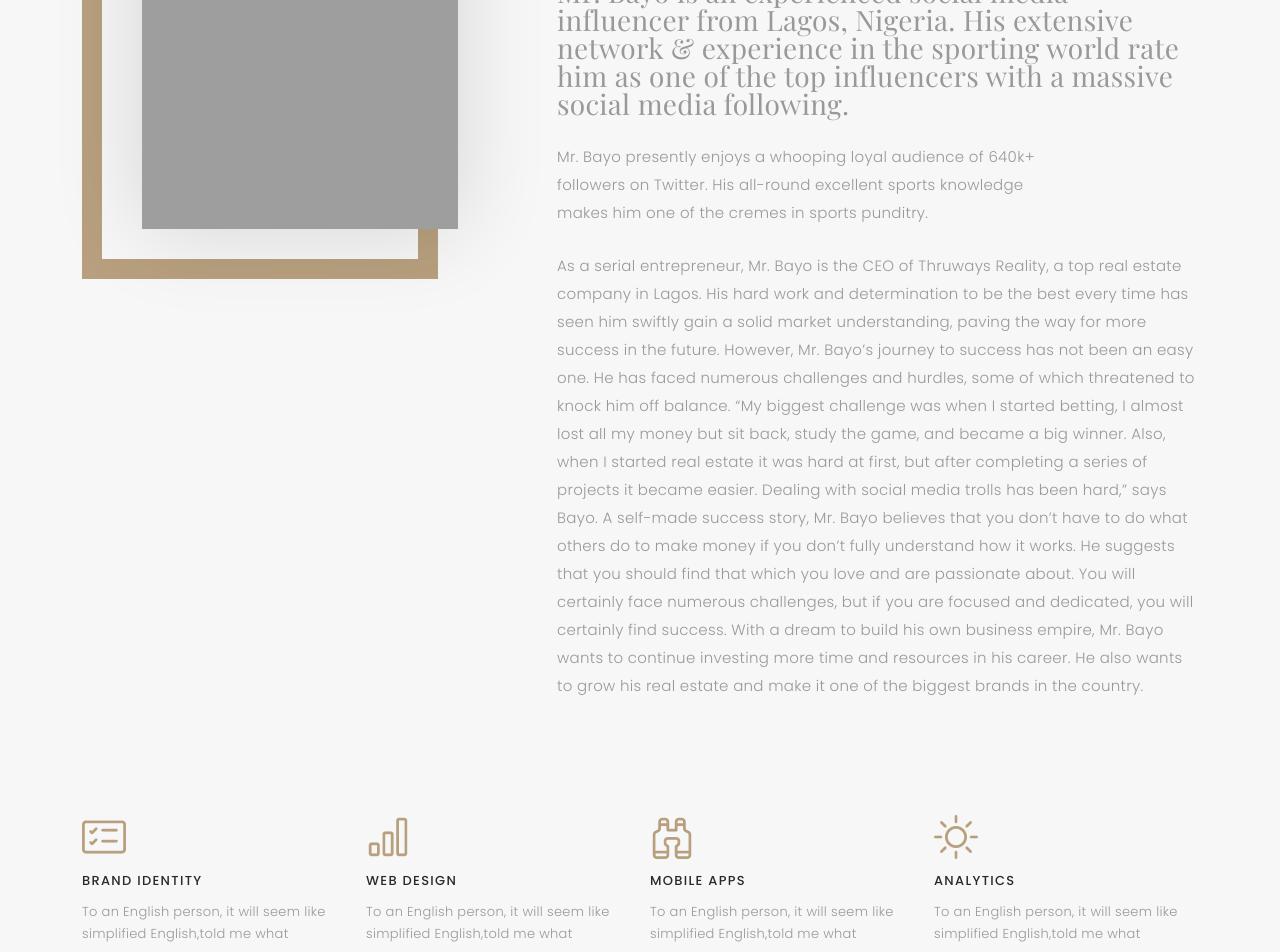
Repository: muhammedctgr/MrBayoA1
Page: index.html
The author's editor kept a copy of each file at every save. The page is drawn from the files as they stood at one save, then again after the next save.
The browser window is 1280 px wide. The pictures show the part of the page from y = 971 to 1923 px (the page is 4414 px tall).
Pictures or frames that could not be fetched are drawn as grey boxes. Some web fonts or font styles are not loaded; a fallback is used.

Above is the page before, as saved 2022-10-17 23:00:17.

After the next save:
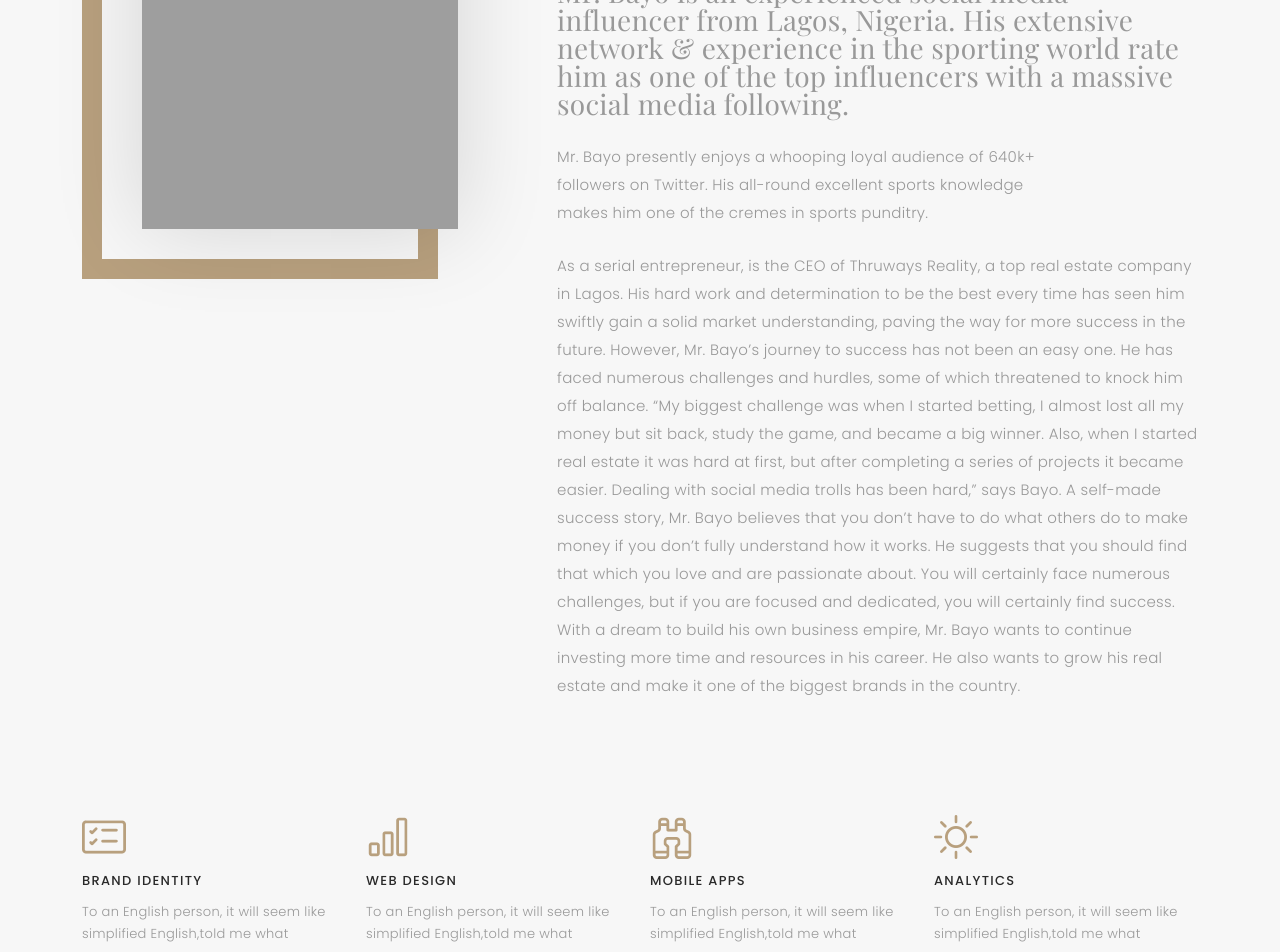
Saved 4 s later.
--- a/index.html
+++ b/index.html
@@ -114,7 +114,7 @@
                 His all-round excellent sports knowledge makes him one of the cremes in sports punditry.
               </p>
               <p>
-                As a serial entrepreneur, Mr. Bayo is the CEO of Thruways Reality, a top real estate company in Lagos. His hard work and determination to be the best every time has seen
+                As a serial entrepreneur,  is the CEO of Thruways Reality, a top real estate company in Lagos. His hard work and determination to be the best every time has seen
                 him swiftly gain a solid market understanding, paving the way for more success in the future.
                 However, Mr. Bayo’s journey to success has not been an easy one. He has faced numerous challenges and hurdles, some of which threatened to knock him off balance.
                 “My biggest challenge was when I started betting, I almost lost all my money but sit back, study the game, and became a big winner. Also, when I started real estate

After the save that followed:
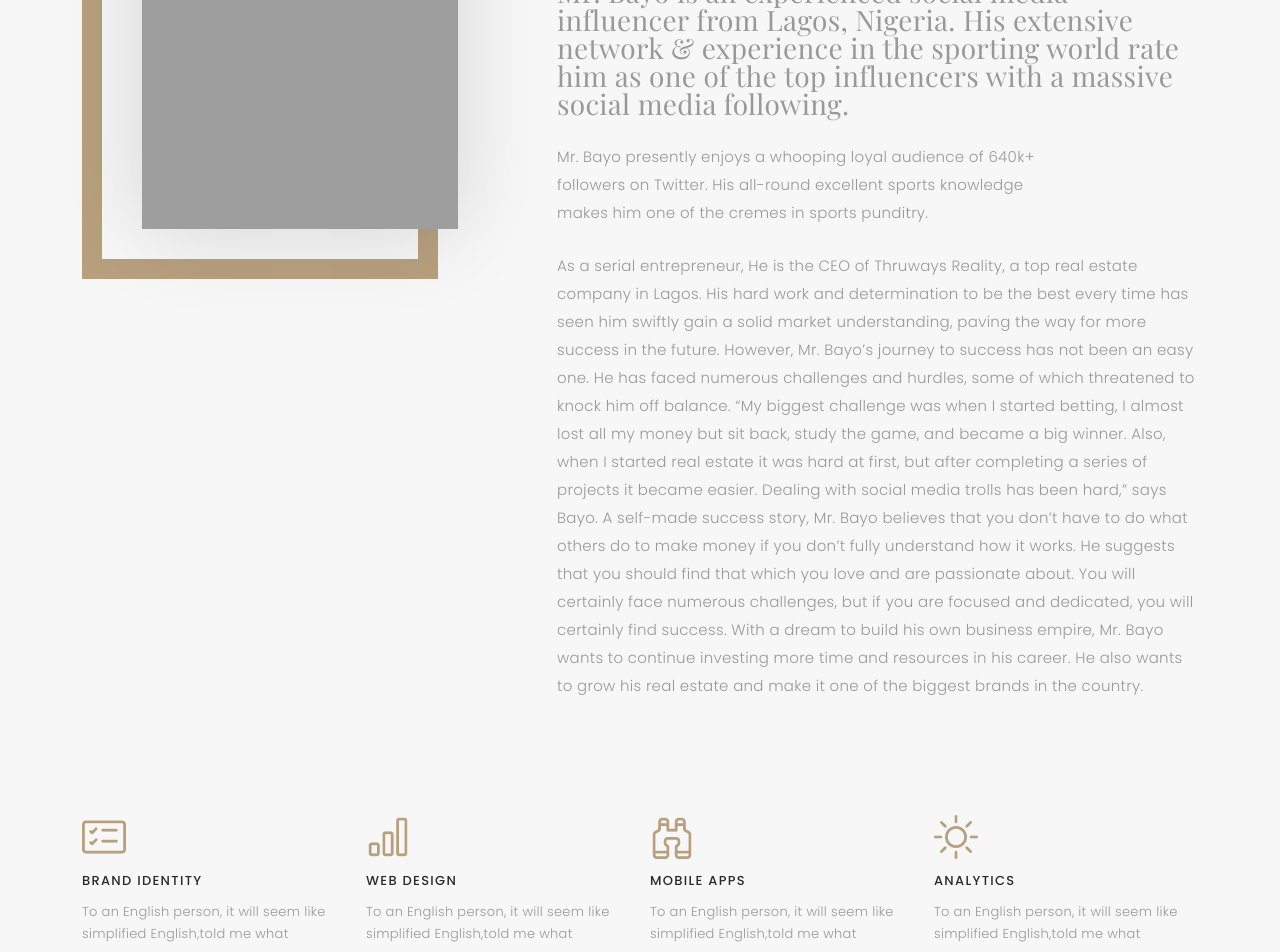
Saved 4 s later.
--- a/index.html
+++ b/index.html
@@ -114,7 +114,7 @@
                 His all-round excellent sports knowledge makes him one of the cremes in sports punditry.
               </p>
               <p>
-                As a serial entrepreneur,  is the CEO of Thruways Reality, a top real estate company in Lagos. His hard work and determination to be the best every time has seen
+                As a serial entrepreneur, He is the CEO of Thruways Reality, a top real estate company in Lagos. His hard work and determination to be the best every time has seen
                 him swiftly gain a solid market understanding, paving the way for more success in the future.
                 However, Mr. Bayo’s journey to success has not been an easy one. He has faced numerous challenges and hurdles, some of which threatened to knock him off balance.
                 “My biggest challenge was when I started betting, I almost lost all my money but sit back, study the game, and became a big winner. Also, when I started real estate
